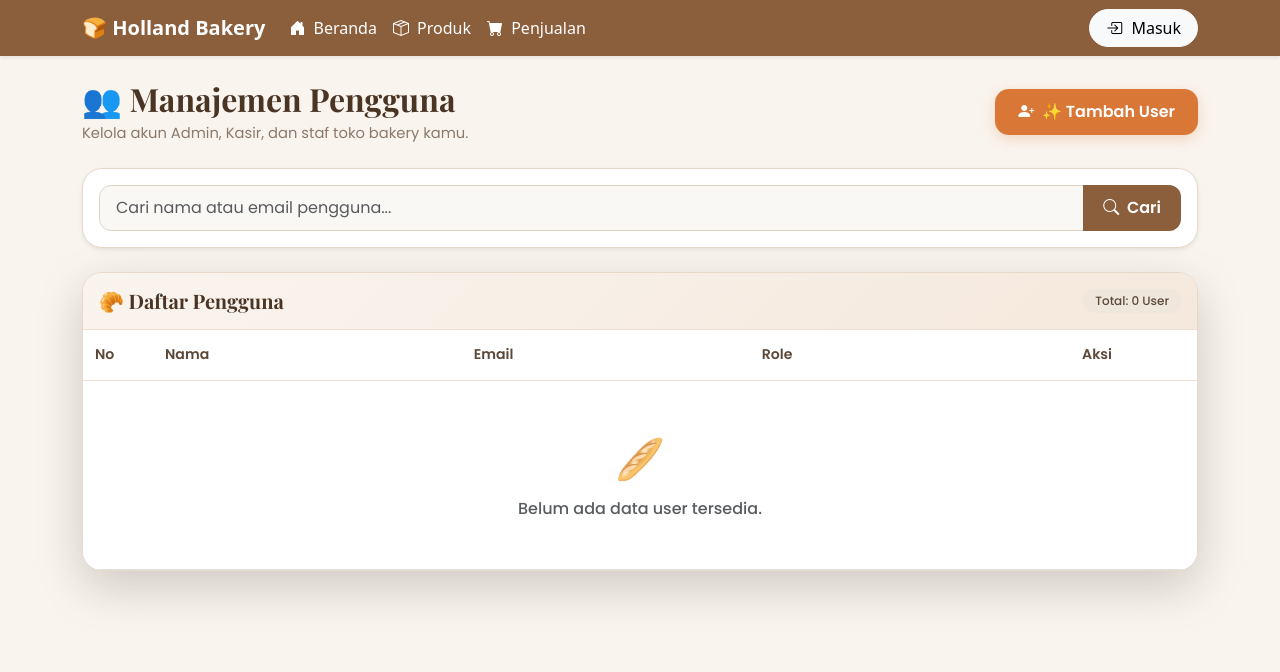
Repository: dheakhoerunnisaagustine/apk_pos4
Page: resources/views/Users/index.blade.php
These files come from the project's save history. The page is drawn as it stood at one moment and after the next save; the edit follows.
The browser window is 1280 px wide. The pictures show the whole page.
Some web fonts or font styles are not loaded; a fallback is used. The page is served by the project's Laravel application, run on PHP 8.4 with Laravel 12. Style sheets and scripts are compiled from the project's sources, by tool versions that may differ from the author's. The template is opened directly, without the code that normally fills it, so the values that code supplies are empty.

Above is the page before, as saved 2026-08-11 12:12:21.

After the next save:
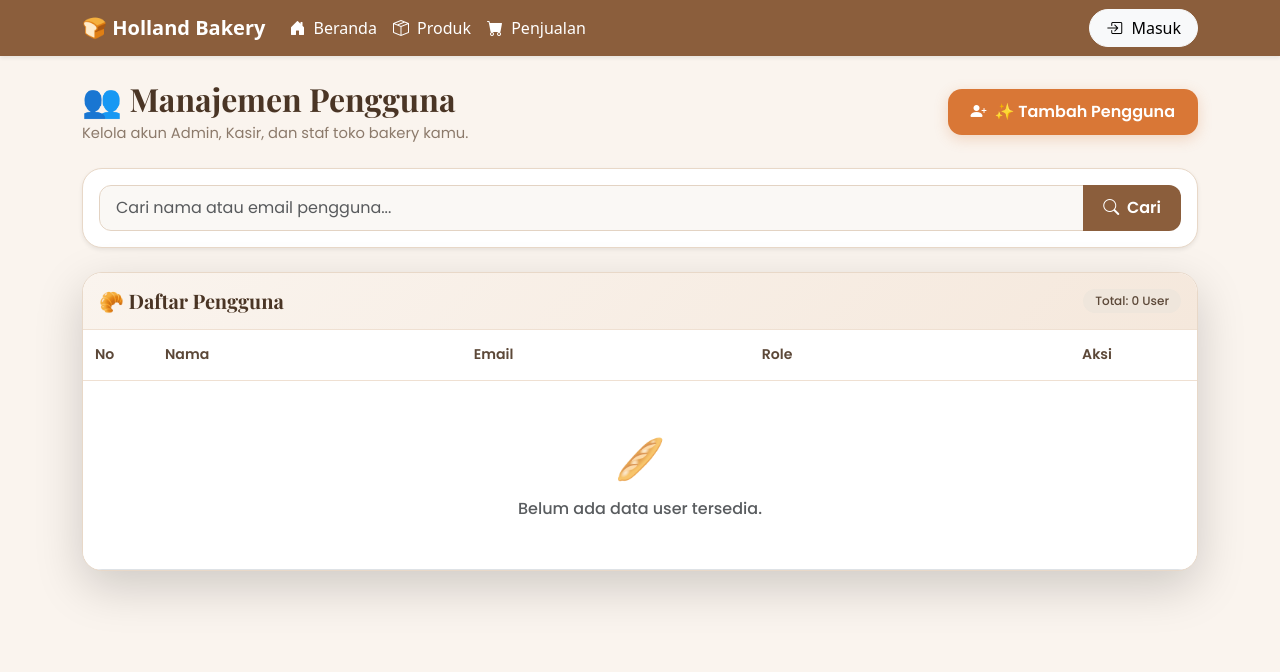
Saved 3 min 2 s later.
--- a/resources/views/Users/index.blade.php
+++ b/resources/views/Users/index.blade.php
@@ -25,7 +25,7 @@
 
             <a href="{{ route('admin.users.create') }}" class="btn btn-bakery-add">
                 <i class="bi bi-person-plus-fill me-1"></i>
-                ✨ Tambah User
+                ✨ Tambah Pengguna
             </a>
         </div>
 
